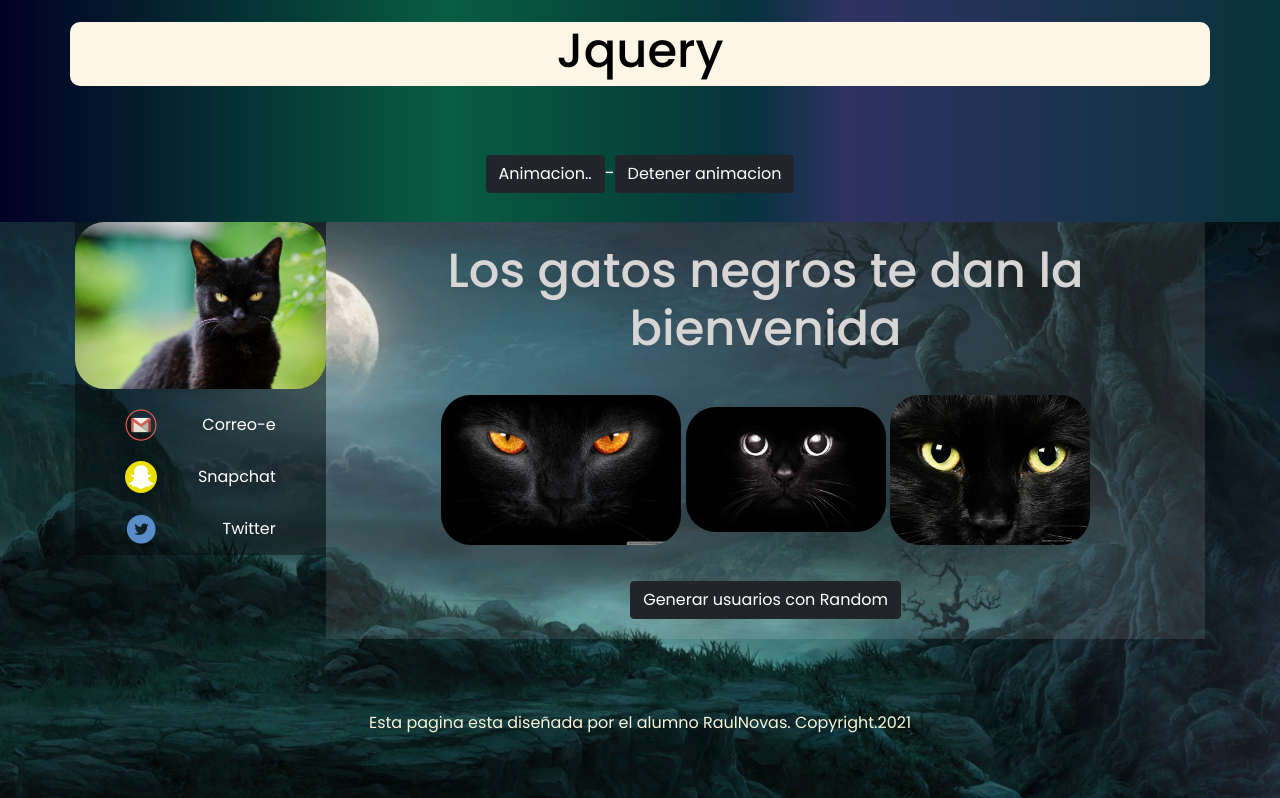
Repository: raul4264/final2
Page: index.html
The author's editor kept a copy of each file at every save. The page is drawn from the files as they stood at one save, then again after the next save.
The browser window is 1280 px wide. The pictures show the whole page.

Above is the page before, as saved 2021-07-14 09:30:49.

### index.html
<!doctype html>
<html lang="es">

<head>

    <meta charset="utf-8">
    <meta name="viewport" content="width=device-width, initial-scale=1">


    <!-- Required meta tags -->
    <meta charset="utf-8">
    <meta name="viewport" content="width=device-width, initial-scale=1">

    <!-- Bootstrap CSS -->
    <link href="https://cdn.jsdelivr.net/npm/bootstrap@5.0.2/dist/css/bootstrap.min.css" rel="stylesheet" integrity="sha384-EVSTQN3/azprG1Anm3QDgpJLIm9Nao0Yz1ztcQTwFspd3yD65VohhpuuCOmLASjC" crossorigin="anonymous">
    <script src="https://code.jquery.com/jquery-3.6.0.min.js" integrity="sha256-/xUj+3OJU5yExlq6GSYGSHk7tPXikynS7ogEvDej/m4=" crossorigin="anonymous"></script>
    <link rel="preconnect" href="https://fonts.googleapis.com">
    <link rel="preconnect" href="https://fonts.gstatic.com" crossorigin>
    <link href="https://fonts.googleapis.com/css2?family=Poppins:wght@500&display=swap" rel="stylesheet">
    <link rel="preconnect" href="https://fonts.gstatic.com">
    <link href="https://fonts.googleapis.com/css2?family=Poppins:wght@400;700&display=swap" rel="stylesheet">
    <link href="https://fonts.googleapis.com/icon?family=Material+Icons" rel="stylesheet">

    <link rel="stylesheet" href="style.css">

    <title>raulNovas</title>
</head>


<body class="">
    <div class="container-fluid">

        <!--         <img src="java-script1.jpg" alt="prueba" height="200" />
    </div> -->

        <div class="container" id="cuerpo">
            <h1>Jquery</h1>

            <h2>

            </h2>

        </div>
        <br>

        <br>




        <div id="flip"><button type="button" class="btn btn-dark">Animacion..</button>-<button type="button" class="btn btn-dark" id="stop">Detener animacion</button> </div>
        <br>
        <div id="panel">
            <h2>Grabando en local storage</h2>
            <section id="cajaformulario" class="container-fluid">
                <form name="formulario">
                    <p>Clave:<br><input type="text" name="clave" id="clave"></p>
                    <p>Valor:<br><textarea name="text" id="texto"></textarea></p>
                    <p><input type="button" name="grabar" id="grabar" value="Grabar"></p>
                </form>


            </section>
            <div id="cajadatos" class="container-fluid mb-5">
                <p></p>
            </div>


            <!--     <div id="rule"><button type="button" class="btn btn-dark" id="dos">magia1</button><img src="/images/20210617_151220.jpg" width="200px"></div>

            <div id="java"><button type="button" class="btn btn-dark" id="dos">magia2</button><button type="button" class="btn btn-dark" id="tres">magia3</button>
                <img src="java-script1.jpg" alt="prueba" height="200" />
            </div> -->

            <div class="container">
                <!-- head -->
                <h2>Agenda de contactos</h2>
                <!-- formulario de datos -->
                <div class="formulario-datos">
                    <input type="text" class="nombre" placeholder="nombre">
                    <input type="text" class="numero" placeholder="numero">
                    <input type="text" class="direccion" placeholder="dirección">
                    <button class="btn-agregar-tarea">agregar tarea</button>

                    <!-- listado tareas -->
                    <div class="listado-tareas">


                    </div>
                </div>
            </div>


        </div>





    </div>






    <main class="container-fluid">

        <!-- Sidebar -->
        <aside class="lateral">
            <img src="images/black-cat.jpg" alt="Black Cats Rules!">


             <a href=" mailto:raulnovas4@gmail.com">
                <img src="images/mail.png" alt="Correo-e">
                <span>Correo-e</span>
            </a>
            <a href="https://www.snapchat.com/l/es/">
                <img src="images/snapchat.png" alt="Snapchat">
                <span>Snapchat</span>
            </a>
            <a href="https://twitter.com/home">
                <img src="images/twitter.png" alt="Twitter">
                <span>Twitter</span>
            </a>

        </aside>

        <!-- Contenido -->
        <section class="contenido">
            <h1>Los gatos negros te dan la bienvenida</h1>





                <img src="/images/cat1.jpg" width="240vw">
                <img src="/images/cat2.jpg" width="200vw" >
                <img src="/images/cat3.jpg" width="200vw" >

            <br>
            <button type="button" class="btn btn-dark" id="usuarios">Generar usuarios con Random</button>
        </section>

        <footer class="mt-4">
            <p>Esta pagina esta diseñada por el alumno RaulNovas. Copyright.2021</p>

        </footer>
    </main>








    <script src="https://cdn.jsdelivr.net/npm/bootstrap@5.0.1/dist/js/bootstrap.bundle.min.js" integrity="sha384-gtEjrD/SeCtmISkJkNUaaKMoLD0//ElJ19smozuHV6z3Iehds+3Ulb9Bn9Plx0x4" crossorigin="anonymous">
    </script>

    <script src="funciones.js"></script>
    <script src="clasecuatro.js"></script>
</body>

</html>

### style.css
* {
    margin: 0;
    padding: 0;
}

body {
    background: linear-gradient(90deg, rgba(2, 0, 36, 1) 0%, rgba(8, 93, 66, 1) 35%, rgb(6, 63, 58) 52%, rgba(7, 50, 64, 1) 59%, rgba(47, 50, 99, 1) 66%, rgb(8, 51, 59) 100%);
    ;
    text-align: center;
    color: beige;
    font-family: 'Poppins', sans-serif;
}

h1 {
    font-size: 3em;
    padding-bottom: 1vh;
}

#cuerpo {
    background-color: oldlace;
    color: black;
    margin-top: 3vh;
    border-radius: 10px;
    -webkit-border-radius: 10px;
    -moz-border-radius: 10px;
    -ms-border-radius: 10px;
    -o-border-radius: 10px;
}

#cajaformulario {
    padding: 20px;
    border: 1px solid #999999;
}

div #cajadatos {
    width: 400px;
    padding: 20px;
    border: 1px solid #999999;
    text-align: center;
}

#clave,
#texto {
    width: 150px;
}

#panel,
#flip {
    padding: 5px;
    font-size: 18px;
    text-align: center;
    color: white;
    border-radius: 3px;
}

#panel {
    padding: 50px;
    display: none;
}

img {
    border-radius: 30px;
    -webkit-border-radius: 30px;
    -moz-border-radius: 30px;
    -ms-border-radius: 30px;
    -o-border-radius: 30px;
}

#rule {
    background: #98bf21;
    height: 100px;
    width: 100px;
    position: absolute;
    margin-left: 40px;
}


/*......................................................*/

main {
    background-image: url(/images/fondo.jpg);
    background-position: center center;
    background-size: cover;
    display: flex;
    justify-content: center;
    align-items: flex-start;
}


/* Contenedor principal */

main {
    width: 900px;
    height: 80vh;
    display: flex;
    flex-wrap: wrap;
}

main>* {
    order: 999;
}

.lateral {
    background-color: rgba(0, 0, 0, .4);
    flex-basis: 20%;
    display: flex;
    flex-direction: column;
    align-items: center;
    justify-content: flex-start;
}

.lateral>img {
    max-width: 100%;
    margin-bottom: 20px;
}

.lateral a {
    width: 60%;
    display: flex;
    align-items: center;
    justify-content: space-between;
    text-decoration: none;
    color: white;
    margin: 10px 0;
}

.lateral a:first-of-type {
    margin-top: auto;
}


/* Contenido */

.contenido {
    background-color: rgba(255, 255, 255, .1);
    flex-basis: 70%;
    padding: 20px;
}

.contenido h1 {
    margin-top: 0;
    font-size: 3em;
    font-family: 'Poppins', sans-serif;
    margin-bottom: 30px;
    color: rgb(216, 213, 213);
}

.contenido ul {
    display: flex;
    justify-content: space-between;
    flex-wrap: wrap;
    list-style: none;
    margin: 0;
    padding: 0;
}




#usuarios{
    margin-top: 5vh;
}


/* .contenido ul li:first-of-type {
    background-image: url(../images/cat1.jpg);
}

.contenido ul li:nth-child(2) {
    background-image: url(../images/cat2.jpg);
}

.contenido ul li:last-of-type {
    background-image: url(../images/cat3.jpg);
} */


/* Respond */

@media (max-width: 705px) {
    body {
        align-items: flex-start;
    }
    main {
        margin: 20px;
    }
    .lateral,
    .contenido {
        flex-basis: 100%;
    }
    .contenido {
        order: 1;
    }
    .lateral {
        order: 2;
    }
}


/* Util */

.dev {
    border: 1px solid red;
}


/*lllllllllllllllllllllllllllllllllllllllllllllllllllllllllllllll*/

.container h2 {
    margin-bottom: 1rem;
    font-size: 2.3rem;
}

.formulario-datos {
    display: block;
    width: 50%;
    margin: 1rem auto;
    display: flex;
    flex-direction: column;
}

.formulario-datos input {
    margin: 1rem 0rem;
    line-height: 3rem;
    background: none;
    outline: 0;
    border: 0;
    color: oldlace;
}

.formulario-datos input:active {
    border-bottom: 1px solid dodgerblue;
}

.formulario-datos input:focus {
    border-bottom: 1px solid dodgerblue;
}

.formulario-datos button {
    margin: 1rem 0rem;
    background-color: dodgerblue;
    border: 0;
    outline: 0;
    height: 3rem;
    border-radius: 5px;
    color: oldlace;
    -webkit-border-radius: 5px;
    -moz-border-radius: 5px;
    -ms-border-radius: 5px;
    -o-border-radius: 5px;
}

.listado-tareas {
    display: flex;
    flex-direction: column;
}

.tarea {
    display: flex;
    flex-direction: row;
    justify-content: space-between;
    height: 4rem;
}

.icono {
    color: tomato;
    cursor: pointer;
}

### funciones.js
const guardarContacto = (db, contacto) => {
    db.setItem(contacto.id, JSON.stringify(contacto))
    window.location.href = '/'

}
const cargarContactos = (db, parentNode, ) => {
    let claves = Object.keys(db)

    for (clave of claves) {
        let contacto = JSON.parse(db.getItem(clave))
        crearContacto(parentNode, contacto, db)
    }

}
const crearContacto = (parentNode, contacto, db) => {
    let divContacto = document.createElement('div')
    let nombreContacto = document.createElement('p')
    let numeroContacto = document.createElement('p')
    let direccionContacto = document.createElement('p')
    let iconoBorrar = document.createElement('span')

    nombreContacto.innerHTML = contacto.nombre
    numeroContacto.innerHTML = contacto.numero
    direccionContacto.innerHTML = contacto.direccion
    iconoBorrar.innerHTML = 'delete_forever'

    divContacto.classList.add('tarea')
    iconoBorrar.classList.add('material-icons', 'icono')


    iconoBorrar.onclick = () => {
        db.removeItem(contacto.id)
        window.location.href = '/'
    }

    divContacto.appendChild(nombreContacto)
    divContacto.appendChild(numeroContacto)
    divContacto.appendChild(direccionContacto)
    divContacto.appendChild(iconoBorrar)

    parentNode.appendChild(divContacto)
}

### clasecuatro.js
function iniciar() {
    var boton = document.getElementById('grabar');
    boton.addEventListener('click', nuevoitem, false);
    mostrar();
}

function nuevoitem() {
    var clave = document.getElementById('clave').value;
    var valor = document.getElementById('texto').value;
    sessionStorage.setItem(clave, valor);
    mostrar();
    document.getElementById('clave').value = '';
    document.getElementById('texto').value = '';
}

function mostrar() {
    var cajadatos = document.getElementById('cajadatos');
    cajadatos.innerHTML = '<div><button onclick="eliminarTodo()">Eliminar Todo</button></div>';
    for (var f = 0; f < sessionStorage.length; f++) {
        var clave = sessionStorage.key(f);
        var valor = sessionStorage.getItem(clave);
        cajadatos.innerHTML += '<div>' + clave + ' - ' + valor + '<br><button onclick="eliminar(\'' + clave + '\')">Eliminar</button></div>';
    }
}

function eliminar(clave) {
    if (confirm('Está Seguro?')) {
        sessionStorage.removeItem(clave);
        mostrar();
    }
}

function eliminarTodo() {
    if (confirm('Está Seguro?')) {
        sessionStorage.clear();
        mostrar();
    }
}
window.addEventListener('load', iniciar, false)


/**...........jquery......................... */

$(document).ready(function() {




    $("#flip").click(function() {
        $("#panel").slideDown(5000);
    });
    $("#stop").click(function() {
        $("#panel").stop();
    });

    $("#dos").click(function() {
        $("div").animate({ right: '200px' });
    });
    // $('#java').slideToggle('slow');
    $('#java').on('click', function() {
        $('#java').css('background-color', 'black');
    })
    $("#tres").click(function() {
        // $('#java').slideToggle('slow');
        $("#rule").delay("slow").slideToggle('slow');
        $("#java").delay("slow").slideToggle('slow');

    });


    /*  $.ajax('social.html', {

         success: function(respuesta) {
             $('.lateral').append($(respuesta))

         }

     })*/

  /*   $.get('social.html', function(respuesta) {
        $('.lateral').append($(respuesta))
    }) */



    $("#usuarios").click(function() {
        $("main").fadeIn('slow')
        $.getJSON('https://randomuser.me/api/?results=500')
            .then(function(respuesta) {

                respuesta.results.forEach(function(persona) {
                    console.log(persona.picture.thumbnail);
                    $('<img>')
                        .attr('src', persona.picture.thumbnail)
                        .appendTo('.contenido');
                });



            });
    });


});
/**....................................................... */
const nombre = document.querySelector('.nombre')
const numero = document.querySelector('.numero')
const direccion = document.querySelector('.direccion')
const btnAgregarTarea = document.querySelector('.btn-agregar-tarea')

const listadoTareas = document.querySelector('.listado-tareas')

const db = window.localStorage

btnAgregarTarea.onclick = () => {
    let contacto = {
        id: Math.random(1, 1000),
        nombre: nombre.value,
        numero: numero.value,
        direccion: direccion.value,
    }

    guardarContacto(db, contacto);

}
cargarContactos(db, listadoTareas)

After the next save:
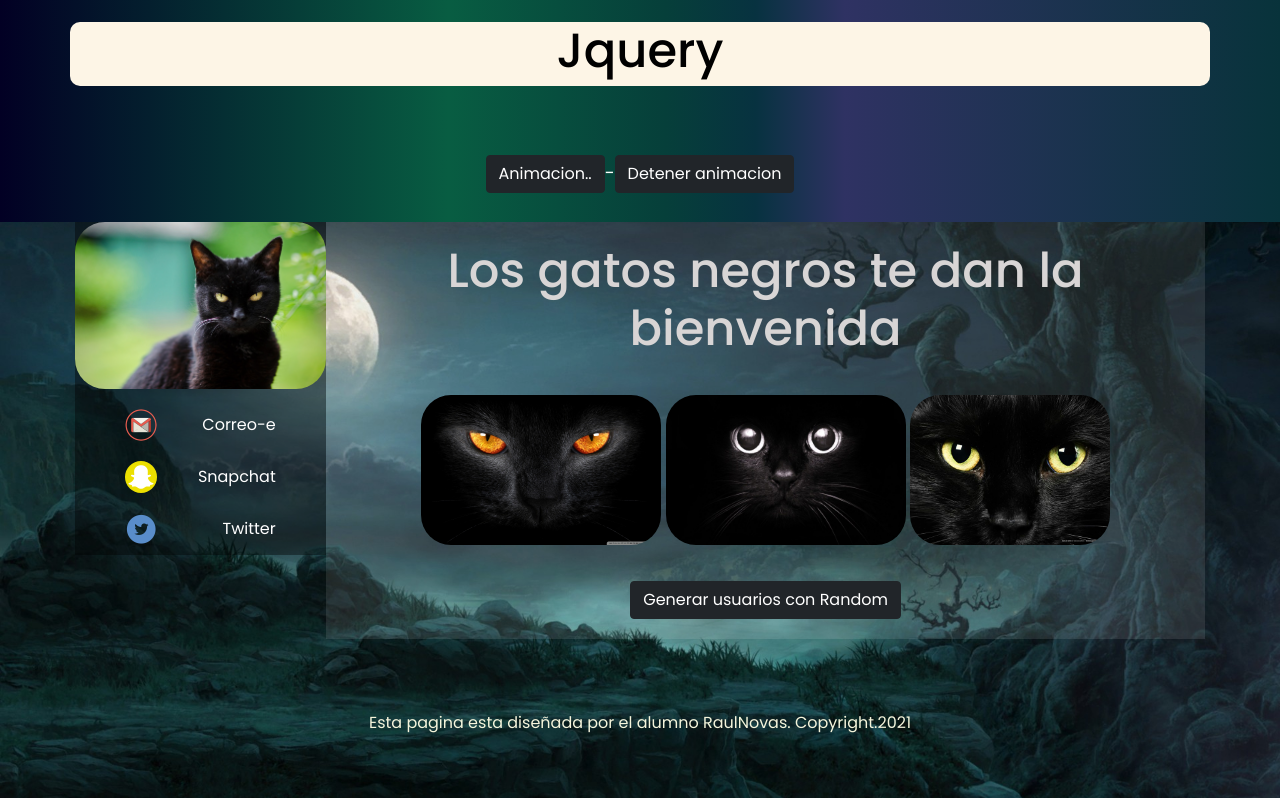
Saved 12 s later.
--- a/index.html
+++ b/index.html
@@ -135,7 +135,7 @@
 
 
                 <img src="/images/cat1.jpg" width="240vw">
-                <img src="/images/cat2.jpg" width="200vw" >
+                <img src="/images/cat2.jpg" width="240vw" >
                 <img src="/images/cat3.jpg" width="200vw" >
 
             <br>
